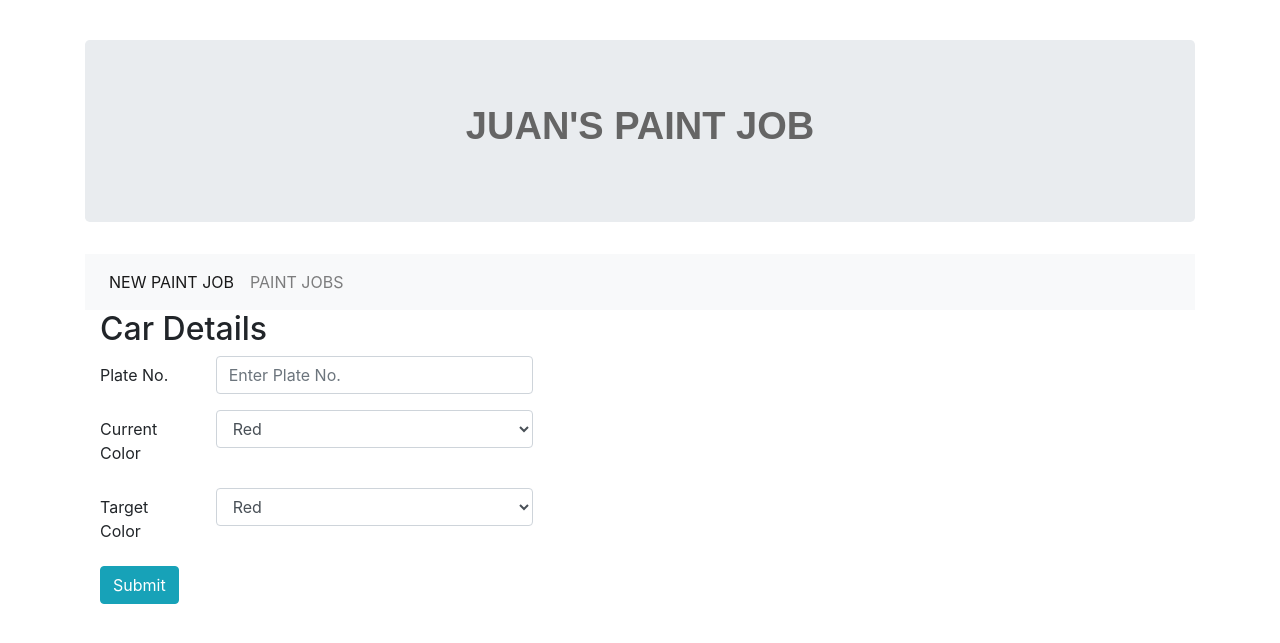
Repository: soycaringal/paint-job
Page: resources/views/welcome.blade.php
These files come from the project's save history. The page is drawn as it stood at one moment and after the next save; the edit follows.
The browser window is 1280 px wide. The pictures show the whole page.
The page is served by the project's Laravel application, run on PHP 8.4 with Laravel 8. Other server files are loaded and not shown. The template is opened directly, without the code that normally fills it, so the values that code supplies are empty.

Above is the page before, as saved 2020-02-21 22:39:09.

### resources/views/welcome.blade.php
<!DOCTYPE html>
<html lang="{{ str_replace('_', '-', app()->getLocale()) }}">
    <head>
        <meta charset="utf-8">
        <meta name="viewport" content="width=device-width, initial-scale=1">

        <title>Laravel</title>

        <!-- Fonts -->
        <link href="https://fonts.googleapis.com/css?family=Nunito:200,600" rel="stylesheet">
        <link rel="stylesheet" href="https://stackpath.bootstrapcdn.com/bootstrap/4.1.3/css/bootstrap.min.css" integrity="sha384-MCw98/SFnGE8fJT3GXwEOngsV7Zt27NXFoaoApmYm81iuXoPkFOJwJ8ERdknLPMO" crossorigin="anonymous">
        <script src="https://code.jquery.com/jquery-3.3.1.slim.min.js" integrity="sha384-q8i/X+965DzO0rT7abK41JStQIAqVgRVzpbzo5smXKp4YfRvH+8abtTE1Pi6jizo" crossorigin="anonymous"></script>
        <script src="https://cdnjs.cloudflare.com/ajax/libs/popper.js/1.14.3/umd/popper.min.js" integrity="sha384-ZMP7rVo3mIykV+2+9J3UJ46jBk0WLaUAdn689aCwoqbBJiSnjAK/l8WvCWPIPm49" crossorigin="anonymous"></script>
        <script src="https://stackpath.bootstrapcdn.com/bootstrap/4.1.3/js/bootstrap.min.js" integrity="sha384-ChfqqxuZUCnJSK3+MXmPNIyE6ZbWh2IMqE241rYiqJxyMiZ6OW/JmZQ5stwEULTy" crossorigin="anonymous"></script>
        <link href="/css/main.css" rel="stylesheet">
    </head>
    <body>
        <div class="container">
            <header>
                <div class="jumbotron text-center">
                    <h1>Juan's Paint Job</h1>
                </div>
                <nav class="navbar navbar-expand-lg navbar-light bg-light">
                    <div class="collapse navbar-collapse" id="navbarText">
                        <ul class="navbar-nav mr-auto">
                            <li class="nav-item active">
                                <a class="nav-link" href="/">NEW PAINT JOB</a>
                            </li>
                            <li class="nav-item">
                                <a class="nav-link" href="/jobs">PAINT JOBS</a>
                            </li>
                            </li>
                        </ul>
                    </div>
                </nav>
            </header>


            <main>
                <section class="col-5">
                    <h2>Car Details</h2>
                    <!-- START: Plate No. -->
                    <div class="form-group row">
                        <label class="col-3 col-form-label">Plate No.</label>
                        <div class="col-9">
                            <input type="text" name="car_plate_no" class="form-control" placeholder="Enter Plate No.">
                        </div>
                    </div>
                    <!-- END: Plate No. -->
                    <!-- START: Current Color -->
                    <div class="form-group row">
                        <label class="col-3 col-form-label">Current Color</label>
                        <div class="col-9">
                            <select name="car_current_color"class="form-control">
                                <option value="red">Red</option>
                                <option value="green">Green</option>
                                <option value="blue">Blue</option>
                            </select>
                        </div>
                    </div>
                    <!-- END: Current Color -->
                    <!-- START: Target Color -->
                    <div class="form-group row">
                        <label class="col-3 col-form-label">Target Color</label>
                        <div class="col-9">
                            <select name="car_target_color"class="form-control">
                                <option value="red">Red</option>
                                <option value="green">Green</option>
                                <option value="blue">Blue</option>
                            </select>
                        </div>
                    </div>
                    <!-- END: Target Color -->
                    <button class="btn btn-info">Submit</button>
                </section>
            </main>

        </div>
    </body>
</html>

### public/css/main.css
header {
    margin-top: 40px;
}

header h1 {
    font-family: 'arial';
    font-weight: bold;
    font-size: 38px;
    text-transform: uppercase;
    color: #656565;
}

.navbar {
    /* background-color: #e9695b; */
}

Loaded but not shown: routes/web.php (common file)

After the next save:
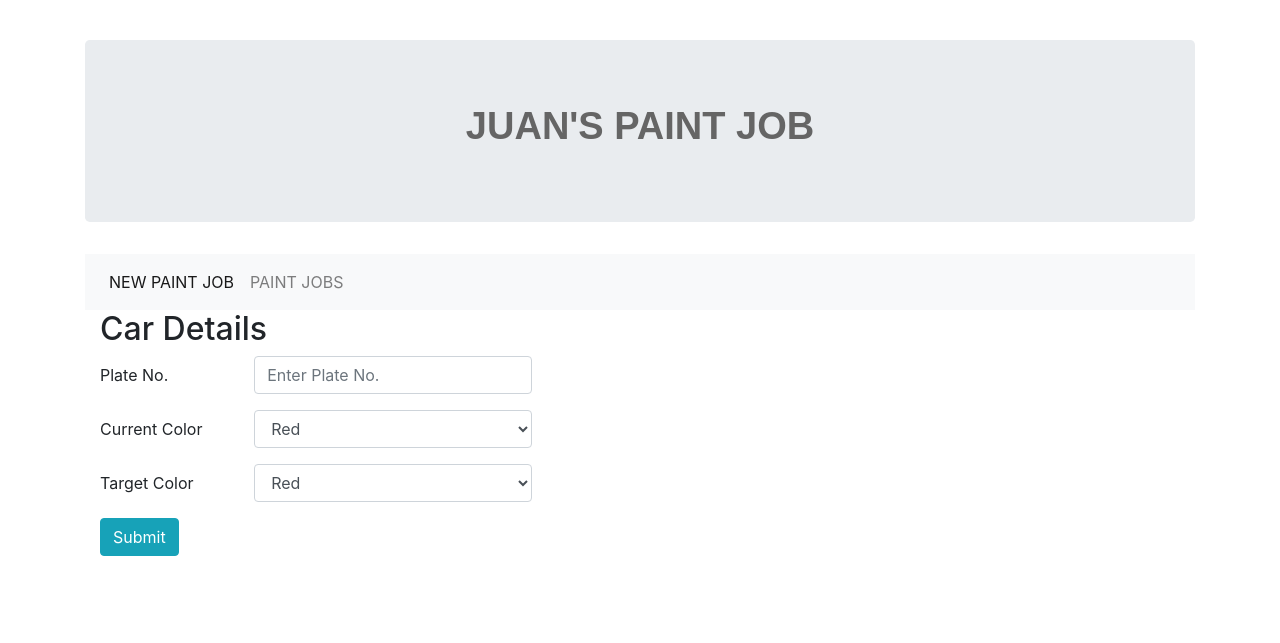
Saved 14 s later.
--- a/resources/views/welcome.blade.php
+++ b/resources/views/welcome.blade.php
@@ -41,16 +41,16 @@
                     <h2>Car Details</h2>
                     <!-- START: Plate No. -->
                     <div class="form-group row">
-                        <label class="col-3 col-form-label">Plate No.</label>
-                        <div class="col-9">
+                        <label class="col-4 col-form-label">Plate No.</label>
+                        <div class="col-8">
                             <input type="text" name="car_plate_no" class="form-control" placeholder="Enter Plate No.">
                         </div>
                     </div>
                     <!-- END: Plate No. -->
                     <!-- START: Current Color -->
                     <div class="form-group row">
-                        <label class="col-3 col-form-label">Current Color</label>
-                        <div class="col-9">
+                        <label class="col-4 col-form-label">Current Color</label>
+                        <div class="col-8">
                             <select name="car_current_color"class="form-control">
                                 <option value="red">Red</option>
                                 <option value="green">Green</option>
@@ -61,8 +61,8 @@
                     <!-- END: Current Color -->
                     <!-- START: Target Color -->
                     <div class="form-group row">
-                        <label class="col-3 col-form-label">Target Color</label>
-                        <div class="col-9">
+                        <label class="col-4 col-form-label">Target Color</label>
+                        <div class="col-8">
                             <select name="car_target_color"class="form-control">
                                 <option value="red">Red</option>
                                 <option value="green">Green</option>
